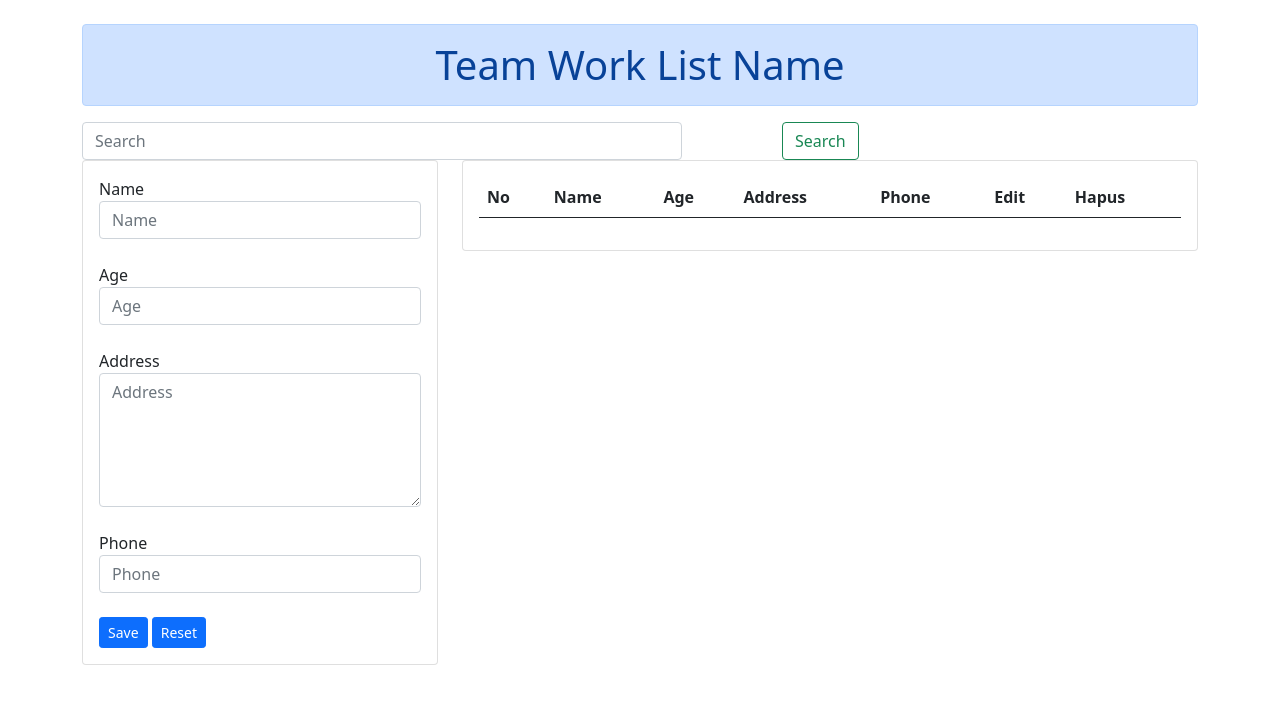
Repository: MENGSRUN/crud-html
Page: index.html
These files come from the project's save history. The page is drawn as it stood at one moment and after the next save; the edit follows.
The browser window is 1280 px wide. The pictures show the whole page.

Above is the page before, as saved 2023-05-11 16:31:25.

After the next save:
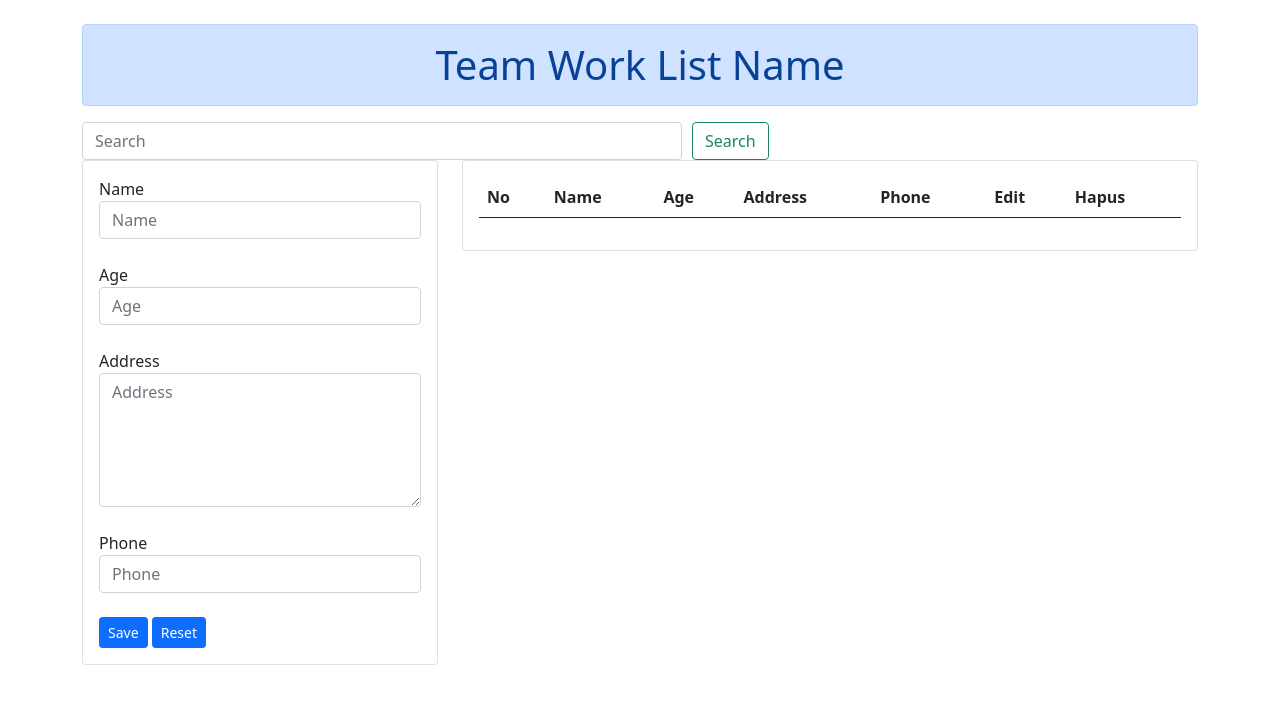
Saved 11 s later.
--- a/style.css
+++ b/style.css
@@ -1,4 +1,4 @@
 .sn{
     width: 600px!important;
-    float: left;margin-right: 100px;
+    float: left;margin-right: 10px;
 }
